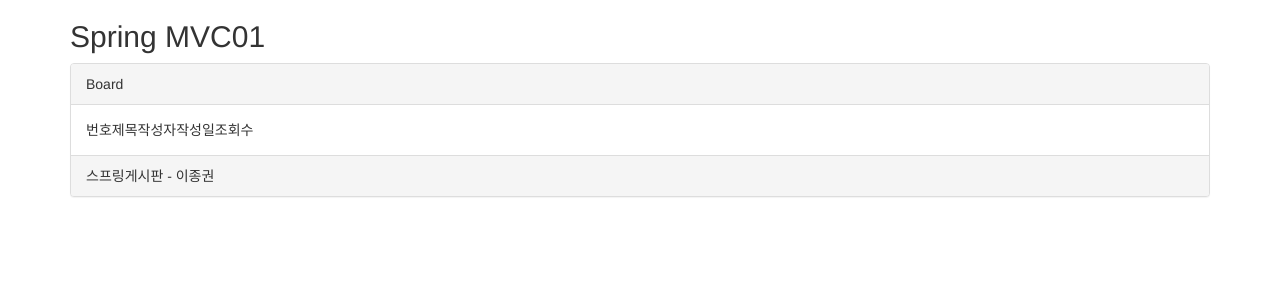
Repository: leejonggwon/PBG_SpringProject
Page: http://localhost/SpringMVC01/boardList.do
The author's editor kept a copy of each file at every save. The page is drawn from the files as they stood at one save, then again after the next save.
The browser window is 1280 px wide. The pictures show the whole page.
The page is served by Tomcat 9. Other server files are loaded and not shown.

Above is the page before, as saved 2025-07-31 07:13:27.

### SpringMVC01/src/main/webapp/WEB-INF/views/boardList.jsp
<%@ page language="java" contentType="text/html; charset=UTF-8"
    pageEncoding="UTF-8"%>
<%@ taglib prefix="c" uri="http://java.sun.com/jsp/jstl/core"%>
<!DOCTYPE html>
<html>
<head>
<meta charset="UTF-8">
<title>Insert title here</title>
<link rel="stylesheet" href="https://maxcdn.bootstrapcdn.com/bootstrap/3.4.1/css/bootstrap.min.css">
<script src="https://ajax.googleapis.com/ajax/libs/jquery/3.7.1/jquery.min.js"></script>
<script src="https://maxcdn.bootstrapcdn.com/bootstrap/3.4.1/js/bootstrap.min.js"></script>
</head>
<body>
	<div class="container">
		<h2>Spring MVC01</h2>
		<div class="panel panel-default">
			<div class="panel-heading">Board</div>
			<div class="panel-body">
				<table>
					<tr>
						<td>번호</td>
						<td>제목</td>
						<td>작성자</td>
						<td>작성일</td>
						<td>조회수</td>
					</tr>
				</table>
			</div>
			<div class="panel-footer">스프링게시판 - 이종권</div>
		</div>
	</div>
</body>
</html>

After the next save:
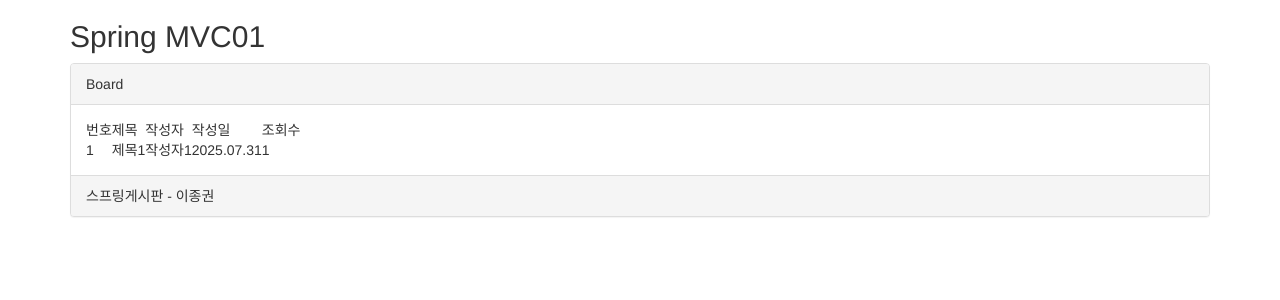
Saved 3 min 1 s later.
--- a/SpringMVC01/src/main/webapp/WEB-INF/views/boardList.jsp
+++ b/SpringMVC01/src/main/webapp/WEB-INF/views/boardList.jsp
@@ -24,6 +24,14 @@
 						<td>작성일</td>
 						<td>조회수</td>
 					</tr>
+
+					<tr>
+						<td>1</td>
+						<td>제목1</td>
+						<td>작성자1</td>
+						<td>2025.07.31</td>
+						<td>1</td>
+					</tr>
 				</table>
 			</div>
 			<div class="panel-footer">스프링게시판 - 이종권</div>
